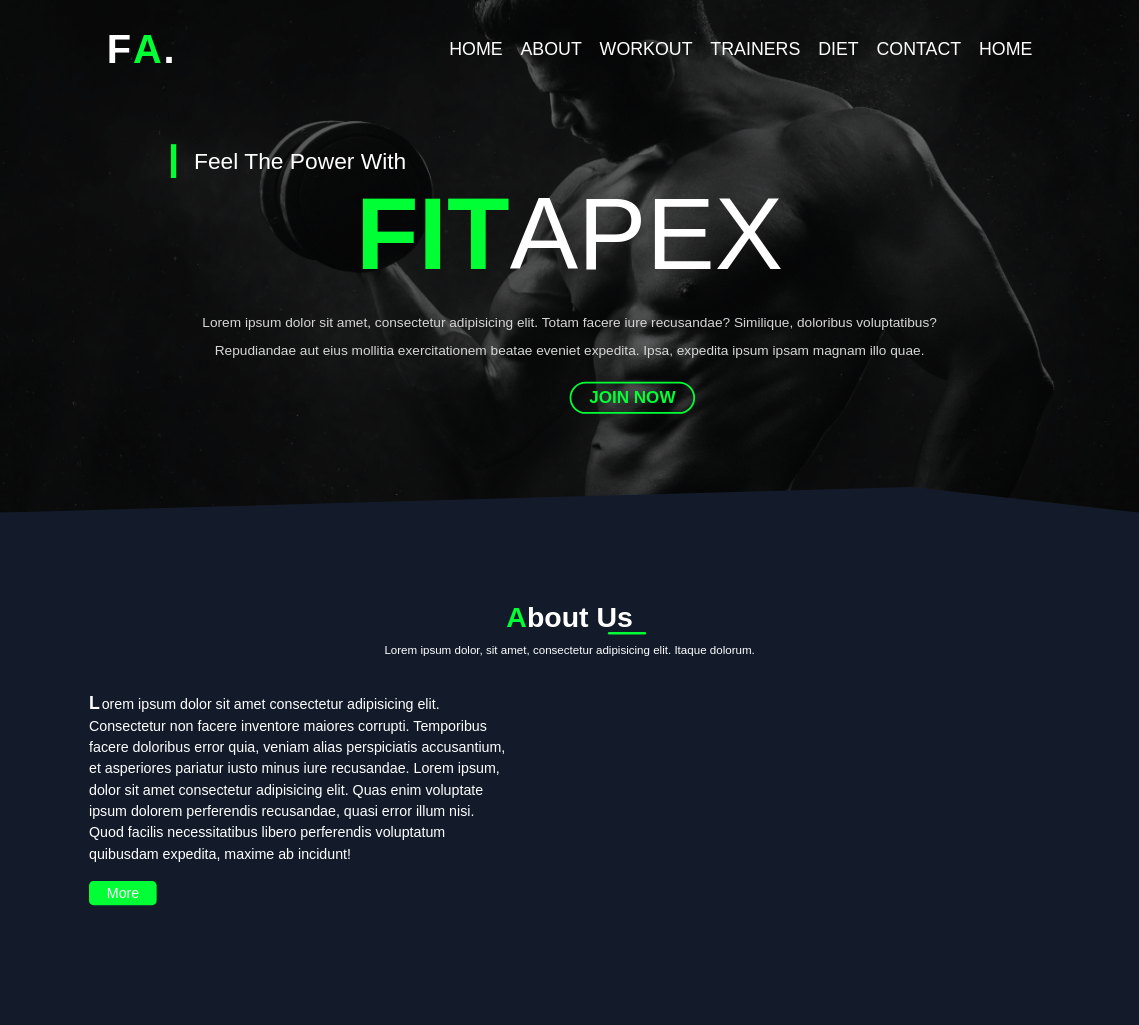
Repository: guilhermecardoso93/fitapex
Page: index.html
These files come from the project's save history. The page is drawn as it stood at one moment and after the next save; the edit follows.
The browser window is 1280 px wide. The pictures show the whole page, at 89% of full size.
The pointer rests on the first visible `.about .content .cols a`.

Above is the page before, as saved 2023-03-05 21:21:27.

### index.html
<!DOCTYPE html>
<html lang="pr-BR">
  <head>
    <meta charset="UTF-8" />
    <meta http-equiv="X-UA-Compatible" content="IE=edge" />
    <meta name="viewport" content="width=device-width, initial-scale=1.0" />
    <link rel="stylesheet" href="styles.css" />
    <link
      rel="stylesheet"
      href="https://cdnjs.cloudflare.com/ajax/libs/font-awesome/4.7.0/css/font-awesome.css"
    />
    <title>F.A GYM</title>
  </head>
  <body>
    <div class="navbar">
      <a href="#" class="logo">F<b>A</b>.</a>
      <ol>
        <li>
          <a href="#home">home</a>
        </li>
        <li>
          <a href="#about">about</a>
        </li>
        <li>
          <a href="#workout">workout</a>
        </li>
        <li>
          <a href="#trainers">trainers</a>
        </li>
        <li>
          <a href="#diet">diet</a>
        </li>
        <li>
          <a href="#contact">contact</a>
        </li>
        <li>
          <a href="#home">home</a>
        </li>
      </ol>
    </div>
    <section id="home" class="home view">
      <div class="highlights">
        <h3>feel the power with</h3>
        <h1><b>FIT</b>APEX</h1><br>
        <p class="tagline">
          Lorem ipsum dolor sit amet, consectetur adipisicing elit. Totam facere iure recusandae? Similique, doloribus voluptatibus? Repudiandae aut eius mollitia exercitationem beatae eveniet expedita. Ipsa, expedita ipsum ipsam magnam illo quae.
        </p>
        <button class="join">join now</button>
      </div>
      <div class="banner"/>
    </section>

    <section id="about" class="about view">
      <div class="main">
        <h2><span>A</span>bout Us</h2>
        <h6>Lorem ipsum dolor, sit amet, consectetur adipisicing elit. Itaque dolorum.</h6>
      </div>
      <div class="content">
        <div class="cols">
          <p><b>L</b>orem ipsum dolor sit amet consectetur adipisicing elit. Consectetur non facere inventore maiores corrupti. Temporibus facere doloribus error quia, veniam alias perspiciatis accusantium, et asperiores pariatur iusto minus iure recusandae. Lorem ipsum, dolor sit amet consectetur adipisicing elit. Quas enim voluptate ipsum dolorem perferendis recusandae, quasi error illum nisi. Quod facilis necessitatibus libero perferendis voluptatum quibusdam expedita, maxime ab incidunt! </p>
          <a href="#">more</a>
        </div>
        <div class="cols">
          <div class="box">
            <img src="" alt="">
          </div>
        </div>
      </div>
    </section>
  </body>
</html>

### styles.css
@import url("https://fonts.googleapis.com/css2?family=Poppins:wght@400;500&display=swap");

@import "./css/_navbar.css";
@import "./css/_home.css";
@import "./css/_about.css";

* {
  margin: 0;
  padding: 0;
  box-sizing: border-box;
  font-family: "Poppisns", sans-serif;
  outline: none;
  color: #fff;
}

:root {
  --prime: #00ff34;
}

body {
  background-color: #131b2b;
}


.view {
  width: 100%;
  min-height: 80vh;
  position: relative;
}

### css/_navbar.css

.navbar {
  width: 100%;
  display: flex;
  position: fixed;
  padding: 30px 120px;
  background-color: transparent;
  justify-content: space-between;
  z-index: 1111;
  transition: 0.5s ease;
}

.logo {
  font-size: 2.8em;
  font-weight: 800;
  letter-spacing: 2px;
  text-transform: uppercase;
  text-decoration: none;
}

.logo B{
  color: var(--prime);
}

ol {
  display: flex;
  margin: auto 0;
}

ol li {
  list-style: none;
  margin-left: 20px;
}

ol li a {
  font-size: 20px;
  font-weight:500;
  text-transform: uppercase;
  text-decoration: none;
}

ol li:hover a {
  color: var(--prime);
}

### css/_home.css
.home {
  display: flex;
  min-height: 120vh;
  align-items: center;
  justify-content: center;
  clip-path: polygon(0 0, 100% 0, 100% 100%, 80% 95%, 0 100%);
}

.banner {
  height: 100%;
  width: 100%;
  position: absolute;
  background: url("../assets/banner.jpg");
  background-size: cover;
  background-position: center;
  filter: brightness(40%);
}

.highlights {
  width: 70%;
  position: relative;
  display: inline-block;
  z-index: 11;
}

.highlights h3 {
  display: inline;
  font-size: 2vw;
  padding: 5px 20px;
  font-weight: lighter;
  text-transform: capitalize;
  border-left: 6px solid var(--prime);
}

.highlights h1 {
  font-size: 9vw;
  text-align: center;
  font-weight: normal;
}

.highlights b {
  color: var(--prime);
  font-weight: 800;
  font-family: sans-serif;
}

.highlights .tagline {
  color: #d7d7d7;
  font-size: 1.2vw;
  text-align: center;
  font-weight: normal;
  line-height: 32px;
}

.highlights .join {
  position: absolute;
  left: 50%;
  margin-top: 1.2rem;
  padding: 5px 20px;

  transform: tanslateX(-500%);
  font-weight: 800;
  font-size: 1.5vw;
  text-transform: uppercase;

  color: var(--prime);
  border: 2px solid var(--prime);
  border-radius: 50px;
  background: transparent;

  transition: 0.3s ease;
}

.highlights .join:hover {
  color: #fff;
  cursor: pointer;
  letter-spacing: 1.5px;
  background: var(--prime);
}

### css/_about.css
.main {
  width: 100%;
  text-align: center;
  padding-bottom: 20px;
}

.main h2 {
  font-size: 2.5vw;
  position: relative;
  text-align: center;
  padding-top: 100px;
  display: inline-block;
}

span {
  color: var(--prime);
}

.main h2:before {
  position: absolute;
  content: '';
  background: var(--prime);
  height: 3px;
  width: 30%;
  right: -15px;
  bottom: 0;
  border-radius: 50px;
}

.main h6 {
  margin-top: 10px;
  font-size: 13px;
  font-family: sans-serif;
  font-weight: lighter;
}

.content {
  position: relative;
  display: flex;
  width: 100%;
  padding: 0 30px;
  justify-content: center;
  line-height: 1.5em;
}

.about .content .cols {
  position: relative;
  width: 100%;
  height: 100%;
  padding: 20px 70px;
}

.about .content .cols p b {
  font-size: 20px;
  margin-right: 2px;
}

.about .content .cols a {
  position: relative;
  top: 20px;
  color: #fff;
  background-color: var(--prime);
  padding: 5px 20px;
  border-radius: 5px;
  text-decoration: none;
  text-transform: capitalize;
}

After the next save:
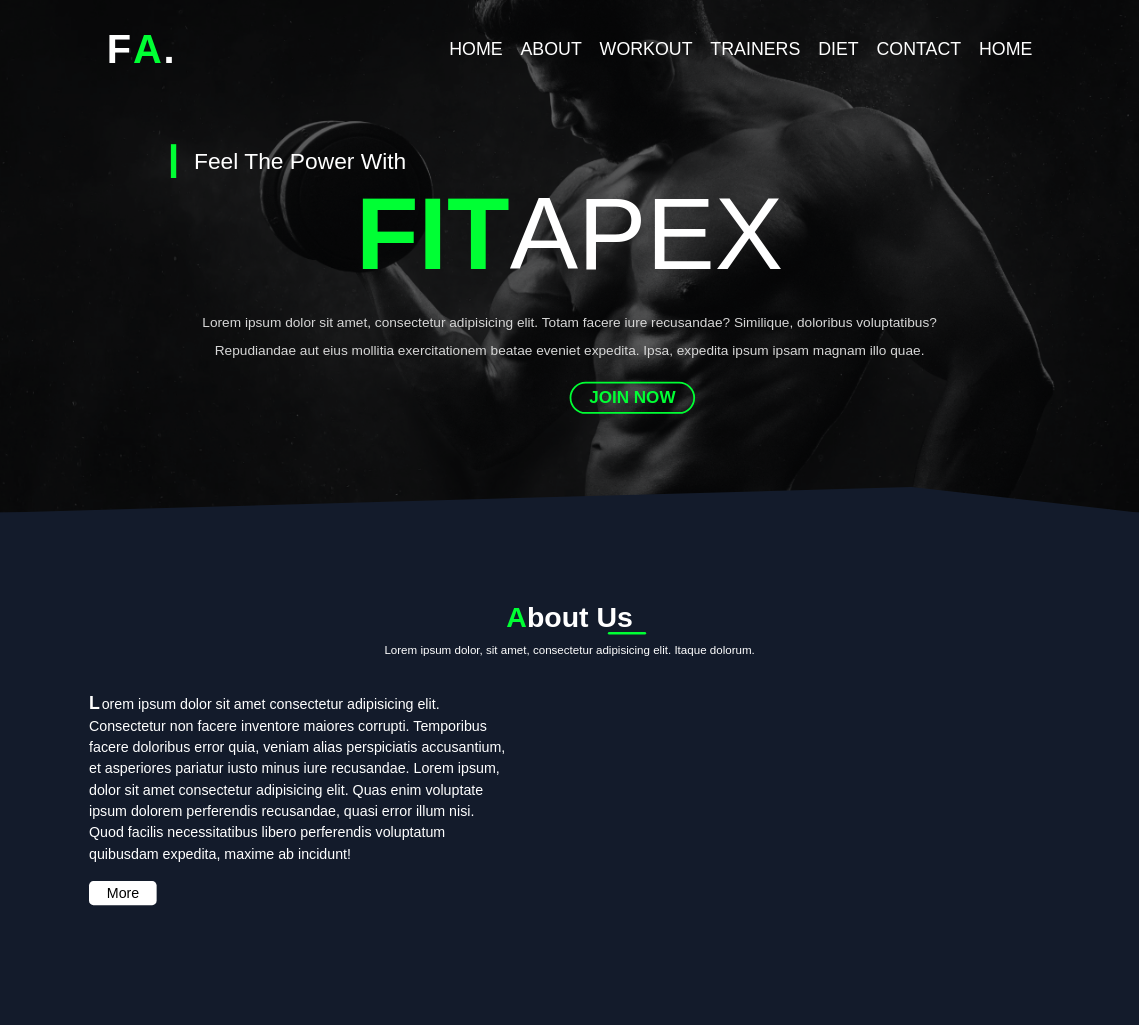
Saved 49 s later.
--- a/css/_about.css
+++ b/css/_about.css
@@ -65,3 +65,8 @@ span {
   text-decoration: none;
   text-transform: capitalize;
 }
+
+.about .content .cols a:hover {
+  color: #000;
+  background: #fff;
+}
